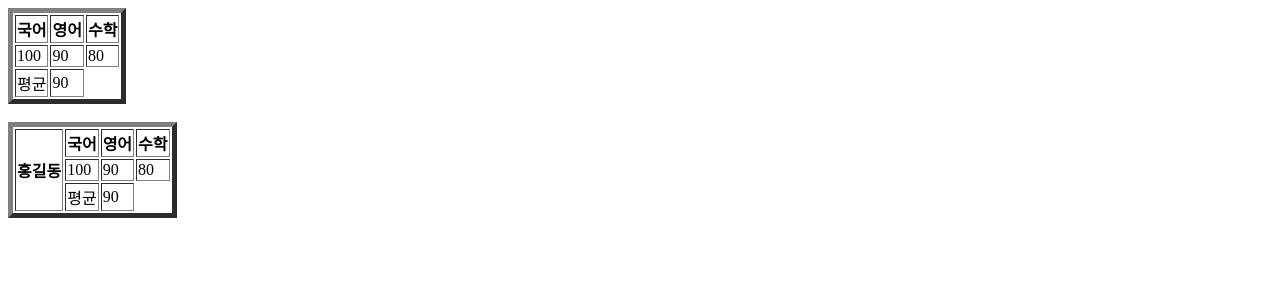
Repository: tjdwlsaos22/TJ_JSP
Page: jsp/HTML/src/main/webapp/Lec04.html
These files come from the project's save history. The page is drawn as it stood at one moment and after the next save; the edit follows.
The browser window is 1280 px wide. The pictures show the whole page.

Above is the page before, as saved 2024-01-17 03:09:15.

### jsp/HTML/src/main/webapp/Lec04.html
<!DOCTYPE html>
<html>
	<head>
		<meta charset="UTF-8">
		<title>Table Tag</title>
	</head>
	<body>
		<table border="5">
			<tr>
				<th>국어</th>
				<th>영어</th>
				<th>수학</th>
			</tr>
			<tr>
				<td>100</td>
				<td>90</td>
				<td>80</td>
			</tr>
			<tr>
				<td colspan="1">평균</td>
				<td>90</td>
			</tr>
		</table>
		<br>
		<table border="5">
			<tr>
				<th rowspan="3">홍길동</th>
				<th>국어</th>
				<th>영어</th>
				<th>수학</th>
			</tr>
			<tr>
				<td>100</td>
				<td>90</td>
				<td>80</td>
			</tr>
			<tr>
				<td colspan="1">평균</td>
				<td>90</td>
			</tr>
		</table>
	</body>
</html>

After the next save:
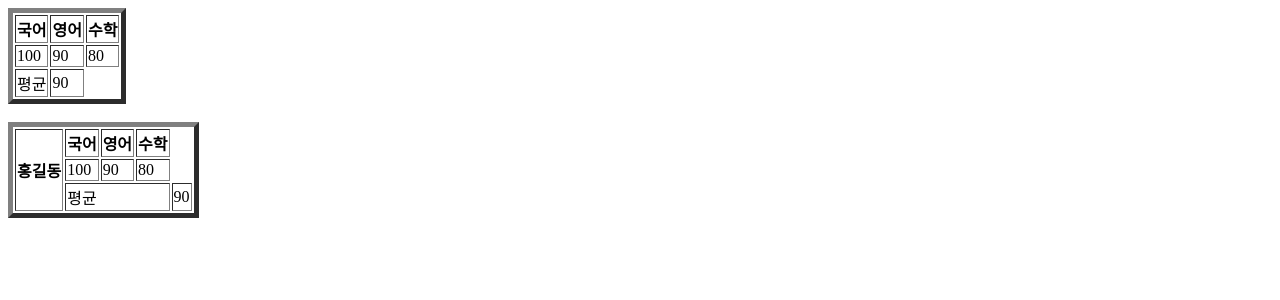
Saved 40 s later.
--- a/jsp/HTML/src/main/webapp/Lec04.html
+++ b/jsp/HTML/src/main/webapp/Lec04.html
@@ -35,7 +35,7 @@
 				<td>80</td>
 			</tr>
 			<tr>
-				<td colspan="1">평균</td>
+				<td colspan="3">평균</td>
 				<td>90</td>
 			</tr>
 		</table>

After the save that followed:
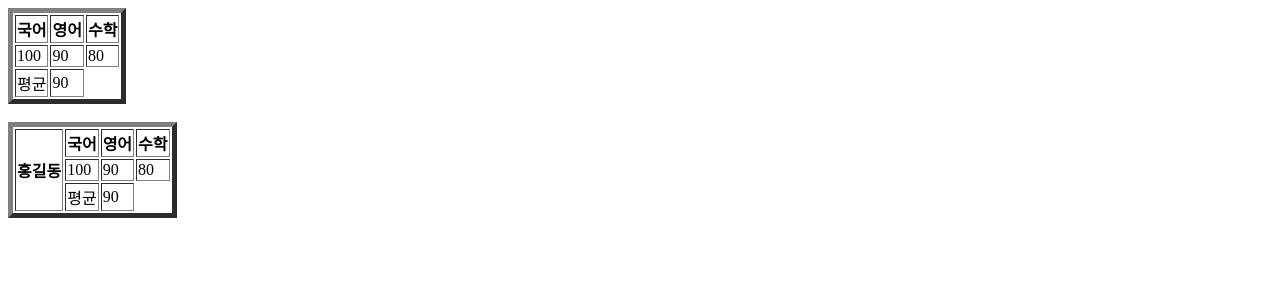
Saved 20 s later.
--- a/jsp/HTML/src/main/webapp/Lec04.html
+++ b/jsp/HTML/src/main/webapp/Lec04.html
@@ -35,7 +35,7 @@
 				<td>80</td>
 			</tr>
 			<tr>
-				<td colspan="3">평균</td>
+				<td colspan="1">평균</td>
 				<td>90</td>
 			</tr>
 		</table>
